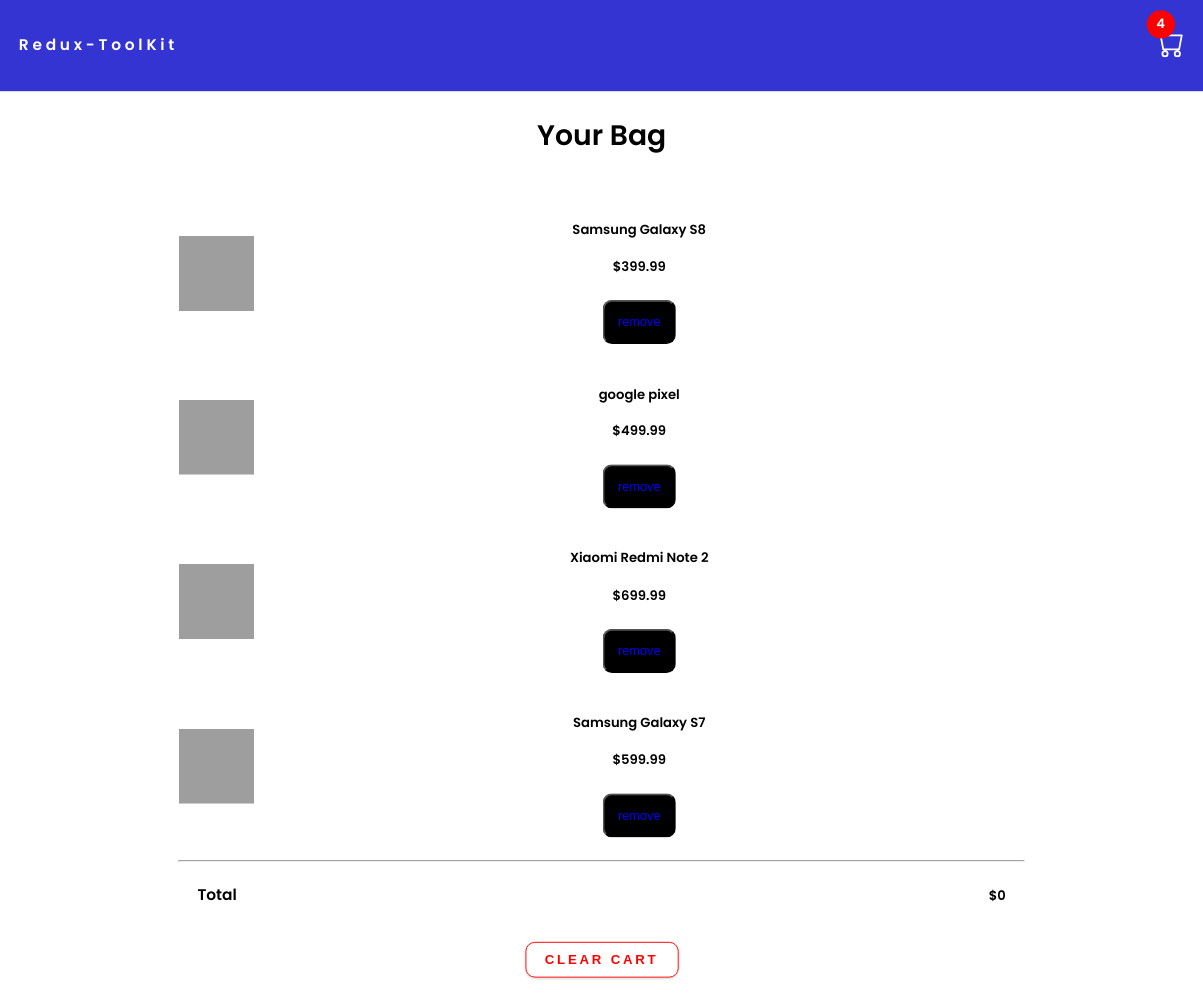
Repository: OmniaRafat232111121/shoppingCart
Page: /
These files come from the project's save history. The page is drawn as it stood at one moment and after a run of saves; the edit follows.
The browser window is 1280 px wide. The pictures show the whole page, at 94% of full size.
Pictures or frames that could not be fetched are drawn as grey boxes. The project was rebuilt for these pictures with package versions that can differ from the ones it lists, and the page was loaded fresh each time.

Above is the page before, as saved 2023-02-07 17:58:04.

### src/index.js
import React from 'react';
import ReactDOM from 'react-dom/client';
import './index.css';
import App from './App';
import { Provider } from 'react-redux';
import { store } from './store';
const root = ReactDOM.createRoot(document.getElementById('root'));
root.render(
  <React.StrictMode>
    <Provider store={store}>
      <App />
    </Provider>
  </React.StrictMode>
);

### src/index.css
@import url('https://fonts.googleapis.com/css2?family=Poppins:ital,wght@0,100;0,200;0,600;1,100;1,200;1,500;1,600&display=swap');
body {
  margin:0;
  padding:0;
  box-sizing: border-box;
  line-height: 1.5;
  font-size: 0.875rem;
  font-family: 'Poppins', sans-serif;
}
nav{
  background-color: rgb(52, 52, 211);
  padding:20px 20px;
}
.nav-center{
  display: flex;
  align-items: center;
  justify-content: space-between;
  width:100%;
  color:#fff;
  margin:0 auto;
}
.nav-center h3{
  letter-spacing: 4px;
}
.nav-center h3:hover{
  letter-spacing: 2px;
}
.nav-container{
  position: relative;
}
.amount-container{
  position: absolute;
  top:-20px;
  left:-10px;
  background-color: red;
  border-radius: 50%;

  width:30px;
  height:30px;
}
.total-amount{
  position: absolute;
  left:10px;
  top:-10px;
  text-align: center;
 font-weight: bold;
}
.cart{
  width:100%;
  max-width: 900px;
  margin:0 auto;
  text-align: center;
}

.cart h2 {
  text-transform: capitalize;
  text-align: center;
  margin-bottom: 3rem;
  font-size: 30px;
}
.empty-cart{
    text-transform: lowercase;
  color: rgb(70, 70, 70);
  margin-top: 1rem;
  text-align: center;
}
.cart-total{
  display: flex;
  justify-content: space-between;
  align-items: center;
  padding:0 20px;

}
.btn {
  text-transform: uppercase;
  background: green;
  color: #fff;
  padding: 0.375rem 0.75rem;
  letter-spacing: 1.2;
  display: inline-block;
  font-weight: 700;
  transition: 0.3;
  font-size: 0.875rem;
  border: none;
  cursor: pointer;
  box-shadow: 0 1px 3px rgba(0, 0, 0, 0.2);
}
.btn:hover {
  color: #fff;
  background-color:red;
}
.clear-btn{
   background: transparent;
  padding: 10px 20px;
  letter-spacing: 3px;
  color: red;
  border: 1px solid red;
  margin-top: 20px;
    margin-bottom: 20px;
  border-radius:10px;
}
/*cartItem*/
.cart-item {
  display: grid;
  align-items: center;
  grid-template-columns: auto 1fr auto;
  grid-column-gap: 1.5rem;
  margin: 1.5rem 0;
}
.cart-item img {
  width: 5rem;
  height: 5rem;
  object-fit: cover;
}

.remove-btn {
  color:blue;
  background-color: #000;
  border-radius: 10px;
  padding: 14px ;
  letter-spacing: 1.3;
  cursor: pointer;
  font-size: 0.85rem;


  margin-top: 0.375rem;
  transition:0.3;
}
.remove-btn:hover {
  color: #fff;
}

### src/App.js
import './App.css';
import CartContainer from './Component/CartContainer';
import Navbar from './Component/Navbar';

function App() {
  return (
    <div className="App">
      <Navbar />
      <CartContainer/>
    </div>
  );
}

export default App;

### src/store.js
import { configureStore } from "@reduxjs/toolkit";
import cartReducer from './features/cart/cartSlice'
export const store = configureStore({
    reducer: {
        cart:cartReducer
    }
})

### src/Component/CartContainer.js
import React from 'react'
import { useSelector } from 'react-redux'
import CartItem from './CartItem';

const CartContainer = () => {
    const { amount, total, cartItems } = useSelector((state) => state.cart);
    if (amount < 1) {
        return (
            <section className='cart'>
                <header>
                    <h2>Your bag</h2>
                    <h4 className='empty-cart'>is Currently empty</h4>
                </header>

            </section>
        )
    }
  return (
      <div className='cart'>
          <header >
              <h2>Your bag</h2>
          </header>
          <div className="cart-Item">
              {cartItems.map((item) => {
                  return (
                      <CartItem key={item.id } {...item} />
                  )
              })}
          </div>
          <footer>
              <hr />
              <div className='cart-total'>
                  <h3>Total</h3>
                  <h4>${ total}</h4>
              </div>
               <button className='btn clear-btn'>clear cart</button>
          </footer>
     </div>
  )
}

export default CartContainer

### src/Component/Navbar.js
import React from 'react'
import { useSelector } from 'react-redux';
import {BsCart} from 'react-icons/bs'
const Navbar = () => {
    const data=useSelector((state)=>state.cart)
  return (
      <>
          <nav>
              <div className='nav-center'>
                  <h3>Redux-ToolKit</h3>
                  <div className='nav-container'>
                      <BsCart size={30}  />
                      <div className='amount-container'>
                          <p className='total-amount'>{data.amount}</p>
          </div>
                  </div>

              </div>
          </nav>
      </>
  )
}

export default Navbar

### src/features/cart/cartSlice.js
import { createSlice } from "@reduxjs/toolkit";
import cartItems from "../../cartItems";
const initialState = {
    cartItems: cartItems,
    amount: 4,
    total: 0,
    isLoading:true
}
  const cartSlice = createSlice({
    name: 'cart',
    initialState,
})
console.log(cartSlice)
export default cartSlice.reducer

### src/Component/CartItem.js
import React from 'react'

const CartItem = ({id,img,title,price,amount}) => {
  return (
      <article className='cart-item'>
          <img src={img } alt={title} />
          <div>
              <h4>{title}</h4>
              <h4>${price}</h4>

        <button className='remove-btn'>remove</button>
          </div>
          <div>

          </div>
      </article>
  )
}

export default CartItem

### src/cartItems.js
const cartItems = [
  {
    id: 'rec1JZlfCIBOPdcT2',
    title: 'Samsung Galaxy S8',
    price: '399.99',
    img: 'https://dl.airtable.com/.attachments/64b266ad865098befbda3c3577a773c9/24497852/yedjpkwxljtb75t3tezl.png',
    amount: 1,
  },
  {
    id: 'recB6qcHPxb62YJ75',
    title: 'google pixel',
    price: '499.99',
    img: 'https://dl.airtable.com/.attachments/91c88ae8c1580e2b762ecb3f73ed1eed/a633139a/phone-1_gvesln.png',
    amount: 1,
  },
  {
    id: 'recdRxBsE14Rr2VuJ',
    title: 'Xiaomi Redmi Note 2',
    price: '699.99',
    img: 'https://dl.airtable.com/.attachments/bae9208dc34f35128749ecda5b999e84/337c285d/phone-3_h2s6fo.png',
    amount: 1,
  },
  {
    id: 'recwTo160XST3PIoW',
    title: 'Samsung Galaxy S7',
    price: '599.99 ',
    img: 'https://dl.airtable.com/.attachments/91ee456448cef47deec553a2ea3fa8ad/b08bec68/phone-2_ohtt5s.png',
    amount: 1,
  },
];

export default cartItems;

Loaded but not shown: public/index.html (common file); src/App.css (common file)

After the next 3 saves:
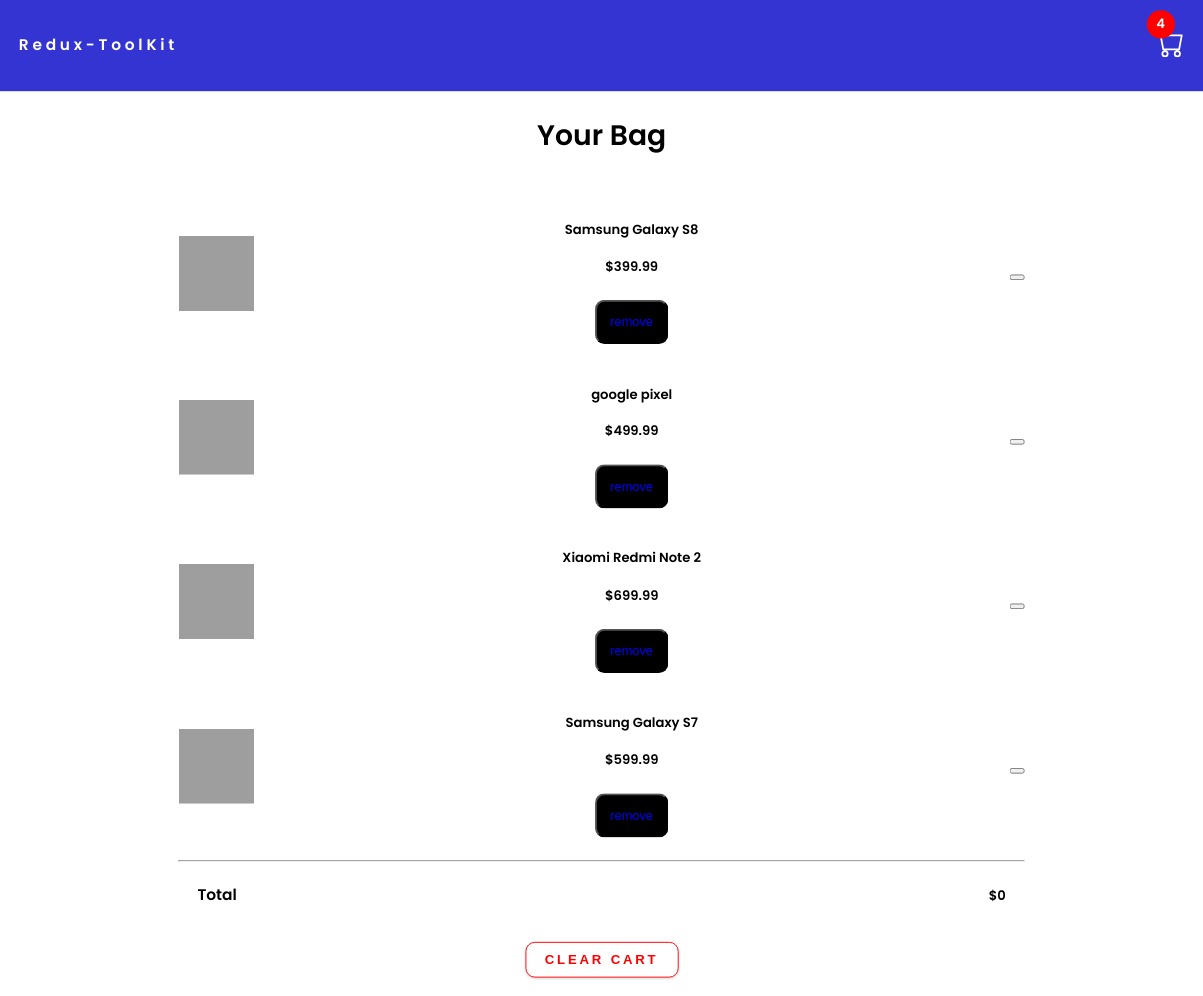
The 3 saves are shown as one change because they came seconds apart.
The last was saved 15 s later.
--- a/src/Component/CartItem.js
+++ b/src/Component/CartItem.js
@@ -11,7 +11,8 @@
         <button className='remove-btn'>remove</button>
           </div>
           <div>
-
+              <button className=''>
+              </button>
           </div>
       </article>
   )
